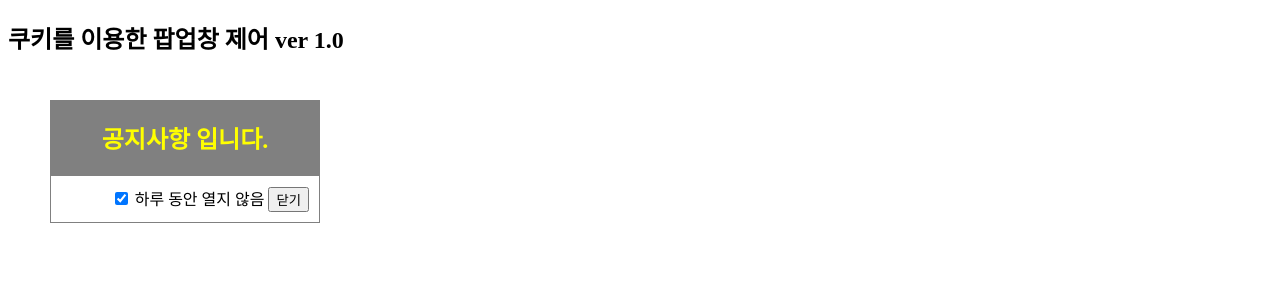
Repository: cheez0909/JSP
Page: http://localhost/1103/cookie/cookiePopupAction.jsp
The author's editor kept a copy of each file at every save. The page is drawn from the files as they stood at one save, then again after a run of saves.
The browser window is 1280 px wide. The pictures show the whole page.
The page is served by Tomcat 9. Other server files are loaded and not shown.

Above is the page before, as saved 2023-11-03 03:35:37.

### 1103/src/main/webapp/cookie/cookiePopupAction.jsp
<%@page import="com.momo.utils.CookieManager"%>
<%@ page language="java" contentType="text/html; charset=UTF-8"
    pageEncoding="UTF-8"%>
<!DOCTYPE html>
<html>
<head>
<meta charset="UTF-8">
<title>Insert title here</title>
</head>
<body>

<h2>팝업 페이지 입니다.</h2>

<%
	// inactiveToday값을 출력 해봅니다.
	// 팝업닫기용 popupClose, Y 쿠키 생성
	// cookiePopupMain페이지로 페이지 전환
	String value = request.getParameter("inactiveToday");
	out.print(value);
	CookieManager.makeCookie(response, "popupClose", value, 3000);
	request.getRequestDispatcher("cookiePopupMain.jsp")
	.forward(request, response);
%>
</body>
</html>

### 1103/src/main/webapp/cookie/cookiePopupMain.jsp
<%@page import="com.momo.utils.CookieManager"%>
<%@ page language="java" contentType="text/html; charset=UTF-8"
    pageEncoding="UTF-8"%>
<!DOCTYPE html>
<html>
<head>
<meta charset="UTF-8">
<title>Insert title here</title>
<style>
    div#popup {
        position: absolute; top:100px; left:50px; color:yellow;
        width:270px; height:100px; background-color:gray;
    }
    div#popup>div {
        position: relative; background-color:#ffffff; top:0px;
        border:1px solid gray; padding:10px; color:black;
    }
</style>
</head>
<body>

<h2>쿠키를 이용한 팝업창 제어 ver 1.0 </h2>

<%
	if(CookieManager.getCookieValue(request, "popupClose")!=null){

	}
%>

<script>
// window객체의 onload이벤트가 발생하면 html요소가 모두 생성된 상태에서 실행
//(if window.onload = function(){}실행 안했을 때 : 생성되지 않은 상태에서 실행하면 undefined상태가 됨)
// 페이지를 모두 그리고 설명

window.onload = function(){

	// 버튼에 이벤트 추가
	// 버튼의 id값
	closeBtn.onclick = function(){
		// alert('팝업창을 닫습니다.');

		// 체크박스가 체크되어 있으면 쿠키를 생성하는 페이지를 호출!
		// 체크박스가 선택되었습니다 메세지를 출력하세요.
		if(document.querySelector('#inactiveToday').checked){
			alert('하루동안 열리지 않습니다.');
			//location.href= "cookiePopupAction.jsp";

			// 서버 요청 방법
			// 1. href
			// 2. form submit
			// form의 요소들을 가지고 이동
			cookiePopup.submit();
		}
		popup.style.display='none';
	}

	//inactiveToday.onclick = function(){
	//	alert('체크박스가 선택되었습니다.');
	//}

}
</script>




<!--
	1. 닫기 버튼을 클릭하면 cookiePopupAction.jsp 파일을 호출
		- 쿠키를 생성

	2. 팝업닫힘쿠키가 생성이 되어 있다면, 더이상 팝업창을 보여주지 않도록 처리
 -->


<form action="cookiePopupAction.jsp" name="cookiePopup">
	<div id="popup">
		<h2 align="center">공지사항 입니다.</h2>
		<div align="right">

			<input type="checkbox" name = "inactiveToday" id="inactiveToday" value="Y" checked />
			하루 동안 열지 않음
			<input type="button" value="닫기" id="closeBtn" />

		</div>
	</div>
</form>

</body>
</html>

### 1103/src/main/java/com/momo/utils/CookieManager.java
package com.momo.utils;

import javax.servlet.http.Cookie;
import javax.servlet.http.HttpServletRequest;
import javax.servlet.http.HttpServletResponse;


public class CookieManager {

	public CookieManager() {
	}

	/**
	 * 	쿠키를 생성 후 응답 객체에 저장
	 *
	 *	응답객체에 저장 후 요청객체에 겟
	 *	쿠키 이름, 쿠키 값, 시간
	 *
	 *	사용자에게 응답하기 위해서
	 *	응답객체를 매개변수로 전달 받는다.
	 *
	**/

	public static void makeCookie(
		HttpServletResponse response
		, String name
		, String value
		, int time) {
		// 쿠키 생성
		Cookie cookies = new Cookie(name, value);

		// 유지기간 설정
		cookies.setMaxAge(time);

		// 응답객체에 저장
		response.addCookie(cookies);
		}



	/**
	 *
	 * 쿠키 값 가져오기
	 *
	 * 요청 객체
	 * 쿠키 아이디
	 * 쿠키 밸류
	 *
	 *
	 */



	public static String getCookieValue(HttpServletRequest request, String name) {

		Cookie[] cookies = request.getCookies();

		// 쿠키가 하나도 저장되어 있지 않은 경우 getCookies 메서드를 호출하면 null을 반환

		if(cookies!=null) {
			for(Cookie num : cookies) {
				if(num.getName().equals(name)) {
					return num.getValue();
				}
			}
		}
		return "";
	}

	/*
	 * 쿠키 삭제
	 * 똑같은 이름의 쿠키를 저장하고
	 * 시간을 0으로 준다
	 */

//	public static void deleteCookie(HttpServletResponse response, HttpServletRequest request, String name) {
//			Cookie[] cookies = request.getCookies();
//
//			if(cookies!=null) {
//				for(Cookie num : cookies) {
//					if(num.getName().equals(name)) {
//						num.setMaxAge(0);
//						response.addCookie(num);
//					}
//				}
//			}
//	}


	public static void deleteCookies(HttpServletResponse response, String name) {
		makeCookie(response, name, null, 0);
	}

}

After the next 3 saves:
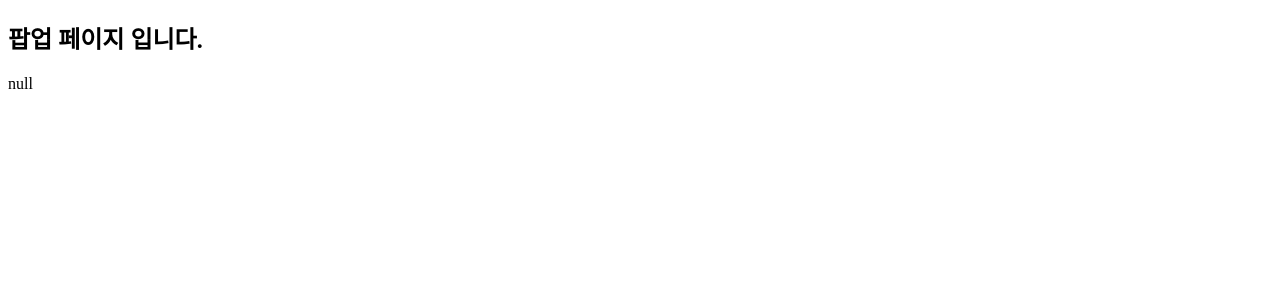
The 3 saves are shown as one change because 2 did not build or start.
The last was saved 5 min 11 s later.
--- a/1103/src/main/webapp/cookie/cookiePopupAction.jsp
+++ b/1103/src/main/webapp/cookie/cookiePopupAction.jsp
@@ -16,10 +16,12 @@
 	// 팝업닫기용 popupClose, Y 쿠키 생성
 	// cookiePopupMain페이지로 페이지 전환
 	String value = request.getParameter("inactiveToday");
-	out.print(value);
+	out.print(value); // 팝업닫기용 밸류 출력해보기
+	if("Y".equals(value)){
 	CookieManager.makeCookie(response, "popupClose", value, 3000);
 	request.getRequestDispatcher("cookiePopupMain.jsp")
 	.forward(request, response);
+	}
 %>
 </body>
 </html>
--- a/1103/src/main/webapp/cookie/cookiePopupMain.jsp
+++ b/1103/src/main/webapp/cookie/cookiePopupMain.jsp
@@ -23,7 +23,7 @@
 
 <%
 	if(CookieManager.getCookieValue(request, "popupClose")!=null){
-
+		popup.style.display='none';
 	}
 %>
 
